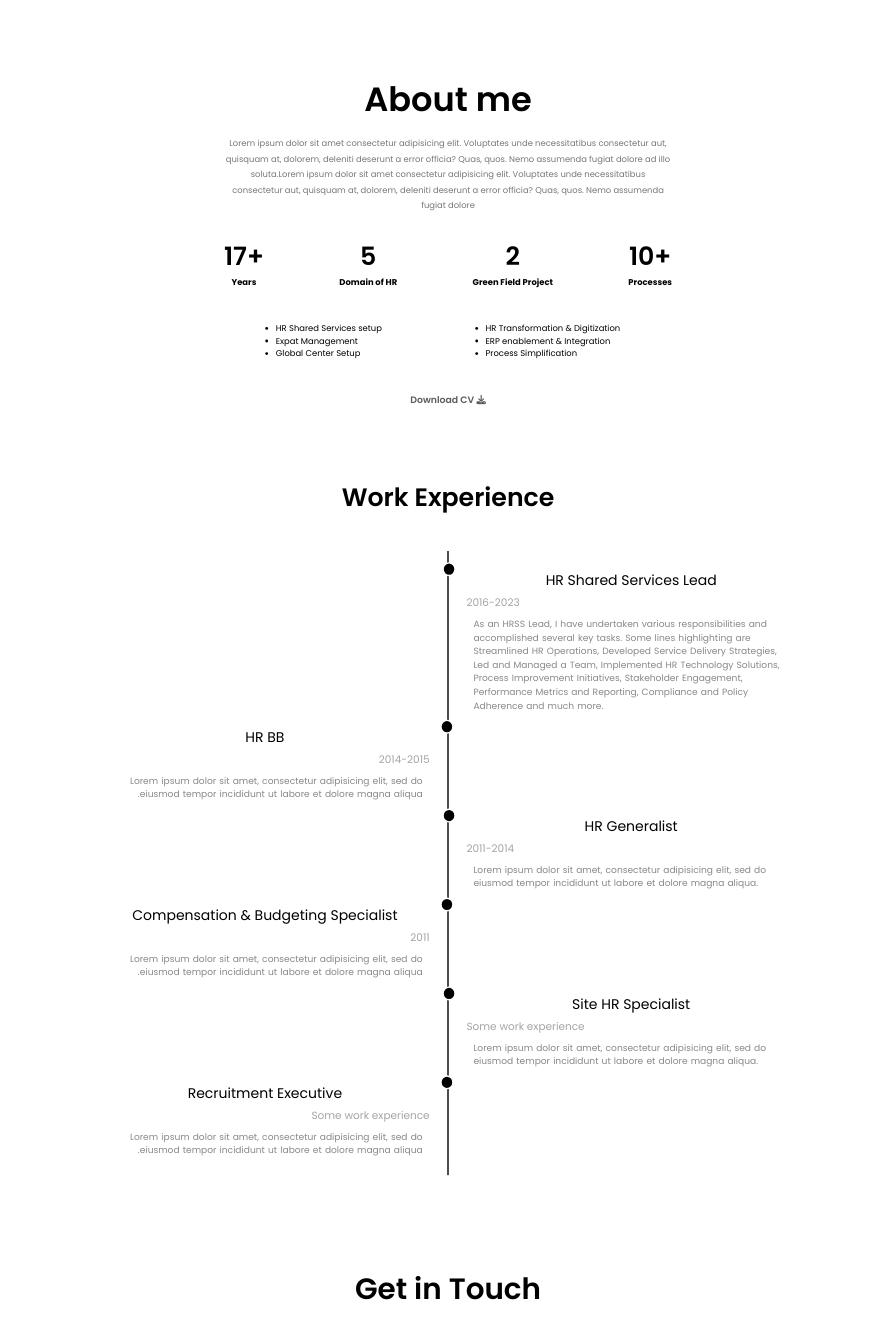
Repository: xoshiraghavx/Niharika-portfolio
Page: index.html
An editor plug-in stored every save of this project. The page is shown before and after the next save, followed by the edit.
The browser window is 1280 px wide. The pictures show the part of the page from y = 723 to 2643 px (the page is 3145 px tall), at 70% of full size.
Some web libraries are served in a nearby version.

Above is the page before, as saved 2023-06-16 10:37:40.

After the next save:
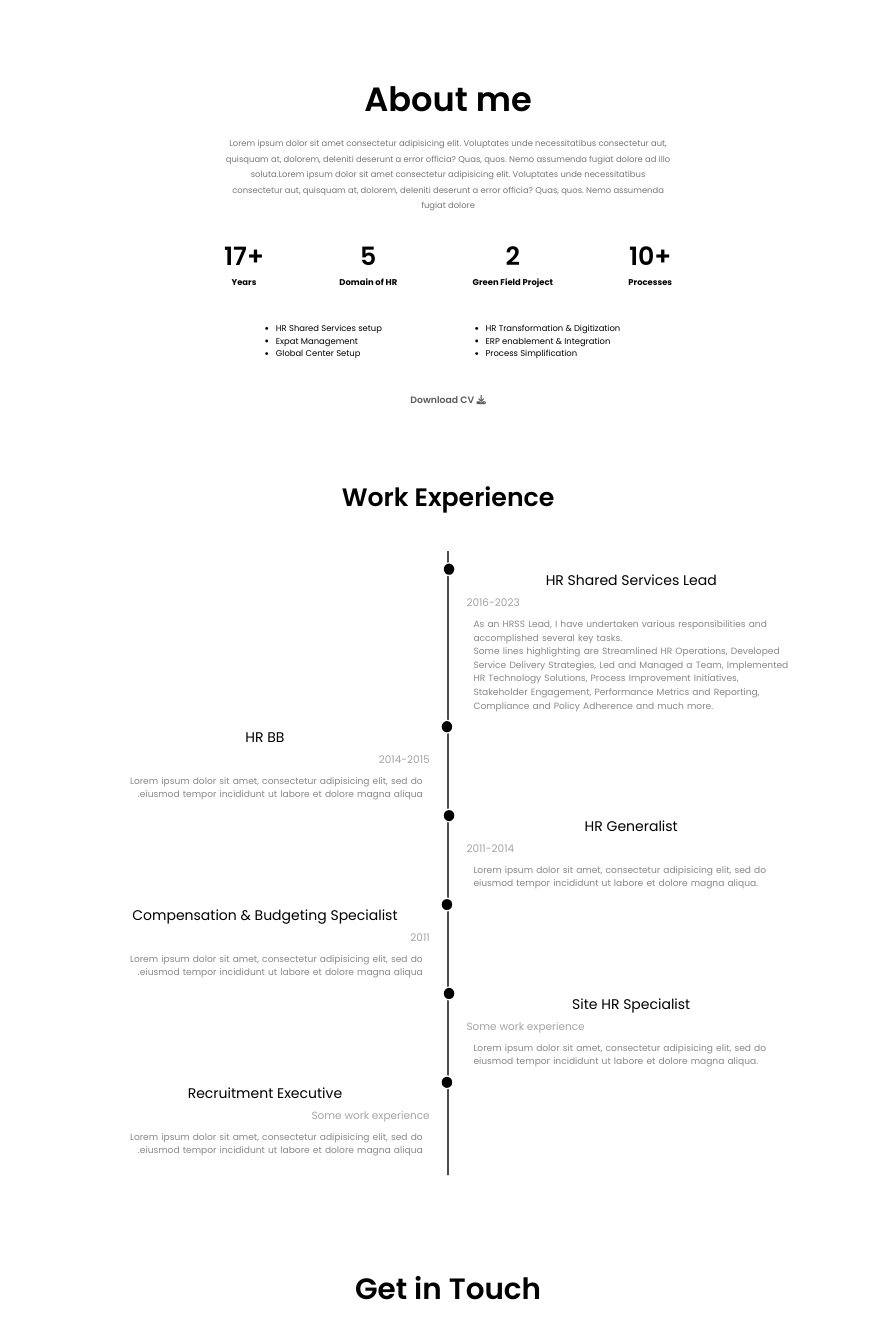
Saved 4 s later.
--- a/index.html
+++ b/index.html
@@ -124,7 +124,7 @@
                   <h3>HR Shared Services Lead </h3>
                   <span>2016-2023</span>
                   <p>As an HRSS Lead, I have undertaken various responsibilities and accomplished several key tasks.
-                    Some lines highlighting are Streamlined HR Operations, Developed Service Delivery Strategies, Led and Managed a Team, Implemented HR Technology Solutions, Process Improvement Initiatives, Stakeholder Engagement, Performance Metrics and Reporting, Compliance and Policy Adherence and much more. </p>
+                    <br>Some lines highlighting are Streamlined HR Operations, Developed Service Delivery Strategies, Led and Managed a Team, Implemented HR Technology Solutions, Process Improvement Initiatives, Stakeholder Engagement, Performance Metrics and Reporting, Compliance and Policy Adherence and much more. </p>
                </div>
             </div>
             <div class="timeline-block timeline-block-left">
